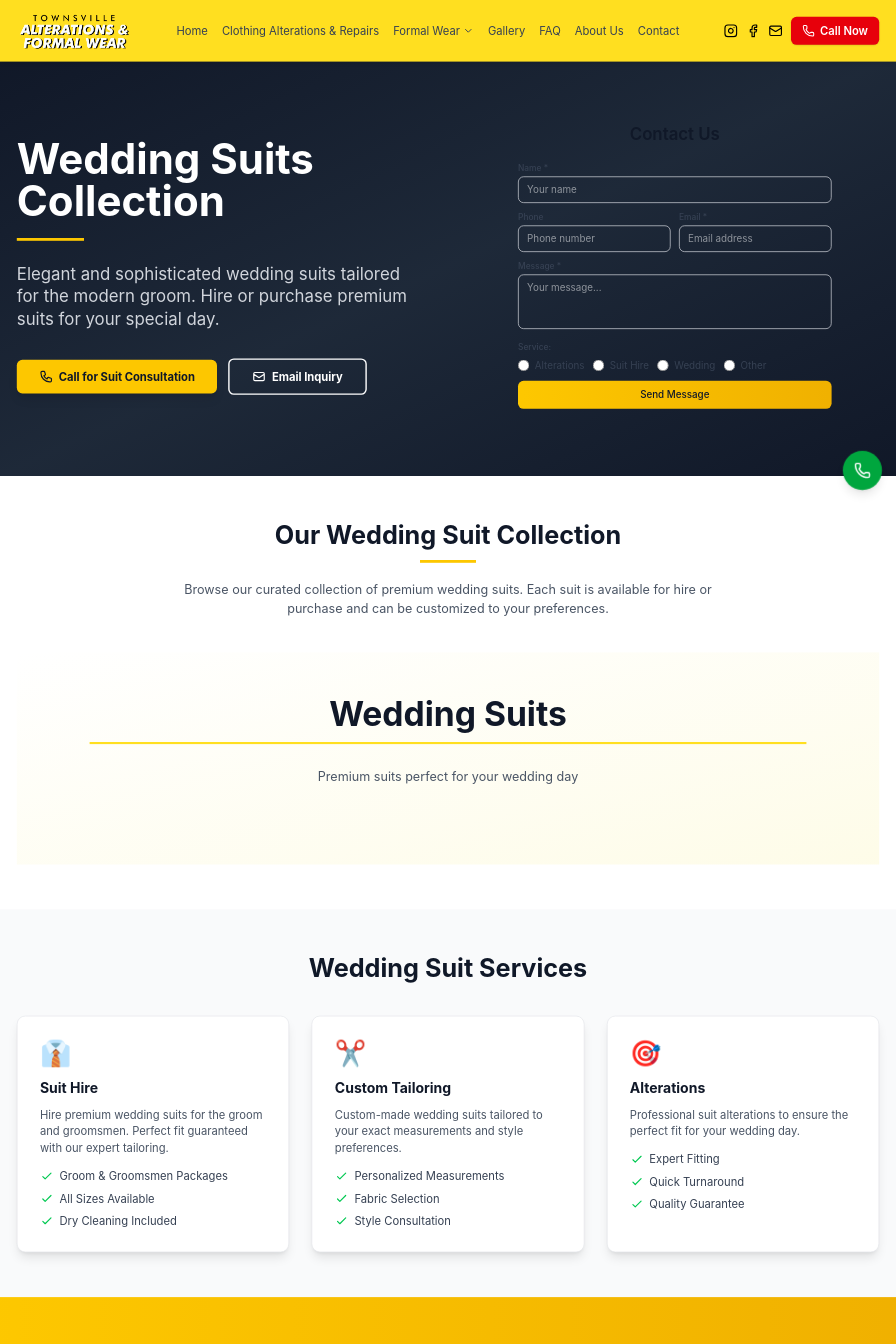
Repository: tarekhasan1/townsville-alteration
Page: /wedding-suits
These files come from the project's save history. The page is drawn as it stood at one moment and after the next save; the edit follows.
The browser window is 1280 px wide. The pictures show the part of the page from y = 0 to 1920 px (the page is 2715 px tall), at 70% of full size.
The page's requests for data from a server got no answer. The project was rebuilt for these pictures with package versions that can differ from the ones it lists, and the page was loaded fresh each time. The framework's server and built-in components were replaced by stand-ins that run in the browser. No one was signed in, and anything a server would have sent is missing. Also part of the build but not shown: next.config.ts.

Above is the page before, as saved 2026-01-31 15:11:31.

### src/app/layout.tsx
import type { Metadata } from "next";
import Script from "next/script";
import "./globals.css";
import LayoutShell from "@/components/LayoutShell";
import FloatingCallButton from "@/components/FloatingCallButton";
import AnalyticsTracker from "@/components/AnalyticsTracker";

export const metadata: Metadata = {
  title: "Townsville Alterations and Formal Wear | Tailoring, Suit Hire, Alterations",
  description:
    "Townsville Alterations and Formal Wear - Reinvent Your Wardrobe. Hire or tailor-make outfits that turn heads. Expert suit hire, bridal alterations, and tailoring in Townsville.",
  keywords:
    "Townsville Tailoring, Formal Wear Townsville, Suit Hire, Alterations, Wedding Dress Alterations, Custom Tailoring",
  authors: [{ name: "Townsville Alterations & Formal Wear" }],
  creator: "Townsville Alterations & Formal Wear",
  publisher: "Townsville Alterations & Formal Wear",
  robots: "index, follow",
  icons: "/logo.png",
};

export default function RootLayout({
  children,
}: {
  children: React.ReactNode;
}) {
  return (
    <html lang="en">
      <head>
        {/* Google Tag Manager */}
        <Script
          id="gtm-script"
          strategy="afterInteractive"
          dangerouslySetInnerHTML={{
            __html: `
              (function(w,d,s,l,i){w[l]=w[l]||[];
              w[l].push({'gtm.start': new Date().getTime(),event:'gtm.js'});
              var f=d.getElementsByTagName(s)[0],
              j=d.createElement(s),dl=l!='dataLayer'?'&l='+l:'';
              j.async=true;j.src=
              'https://www.googletagmanager.com/gtm.js?id='+i+dl;
              f.parentNode.insertBefore(j,f);
              })(window,document,'script','dataLayer','GTM-WH7KD8GK');
            `,
          }}
        />
        {/* End Google Tag Manager */}
      </head>

      <body>
        {/* Google Tag Manager (noscript) */}
        <noscript>
          <iframe
            src="https://www.googletagmanager.com/ns.html?id=GTM-WH7KD8GK"
            height="0"
            width="0"
            style={{ display: "none", visibility: "hidden" }}
          />
        </noscript>
        {/* End Google Tag Manager (noscript) */}
        <AnalyticsTracker />

        <LayoutShell>{children}</LayoutShell>

        {/* Global Floating Call Button */}
        <FloatingCallButton />
      </body>
    </html>
  );
}

### src/app/wedding-suits/page.tsx
// app/wedding-suits/page.tsx
import { Metadata } from 'next';
import ImageGallery from '@/components/ImageGallery';
import ContactForm from '@/components/ContactForm'; // Import the form

export const metadata: Metadata = {
  title: 'Wedding Suits Collection | Townsville Alterations & Formal Wear',
  description: 'Browse our premium wedding suit collection for hire and purchase in Townsville. Perfectly tailored suits for grooms, groomsmen, and wedding parties.',
  keywords: ['wedding suits', 'groom suits', 'groomsmen suits', 'wedding attire', 'formal suits Townsville', 'wedding suit hire', 'custom wedding suits'],
  openGraph: {
    title: 'Wedding Suits Collection | Townsville Alterations & Formal Wear',
    description: 'Premium wedding suits for hire and purchase. Perfectly tailored for your special day.',
    type: 'website',
    locale: 'en_AU',
  },
  alternates: {
    canonical: 'https://townsvillealterationsformalwear.com/wedding-suits',
  },
  robots: {
    index: true,
    follow: true,
    googleBot: {
      index: true,
      follow: true,
      'max-video-preview': -1,
      'max-image-preview': 'large',
      'max-snippet': -1,
    },
  },
};

export default function WeddingSuitsPage() {
  return (
    <main className='pt-[80px]'>
      {/* Hero Section - FIXED: Removed horizontal space */}
      <section className="relative bg-gradient-to-br from-gray-900 via-gray-800 to-gray-900 text-white py-16 md:py-24 w-full">
        {/* Remove mx-auto and add w-full to ensure full width */}
        <div className="w-full px-6">
          <div className="max-w-7xl mx-auto">
            <div className="flex flex-col lg:flex-row gap-10 lg:gap-16 items-center">
              {/* Left Column */}
              <div className="lg:w-1/2">
                <div className="text-center lg:text-left">
                  <h1 className="text-4xl md:text-5xl lg:text-6xl font-bold mb-6">
                    Wedding Suits Collection
                  </h1>
                  <div className="w-24 h-1 bg-yellow-400 lg:mx-0 mb-8 mx-auto"></div>
                  <p className="text-xl md:text-2xl text-gray-300 mb-10">
                    Elegant and sophisticated wedding suits tailored for the modern groom.
                    Hire or purchase premium suits for your special day.
                  </p>
                  <div className="flex flex-col sm:flex-row gap-4 items-center justify-center lg:justify-start">
                    <a
                      href="tel:0421929683"
                      className="inline-flex items-center justify-center bg-yellow-400 text-gray-900 hover:bg-yellow-500 font-bold py-3 px-8 rounded-lg transition-all duration-300 shadow-lg hover:shadow-xl transform hover:-translate-y-1"
                    >
                      <svg className="w-5 h-5 mr-2" fill="none" stroke="currentColor" viewBox="0 0 24 24">
                        <path strokeLinecap="round" strokeLinejoin="round" strokeWidth="2" d="M3 5a2 2 0 012-2h3.28a1 1 0 01.948.684l1.498 4.493a1 1 0 01-.502 1.21l-2.257 1.13a11.042 11.042 0 005.516 5.516l1.13-2.257a1 1 0 011.21-.502l4.493 1.498a1 1 0 01.684.949V19a2 2 0 01-2 2h-1C9.716 21 3 14.284 3 6V5z" />
                      </svg>
                      Call for Suit Consultation
                    </a>
                    <a
                      href="mailto:tranglecong2014@gmail.com?subject=Wedding Suit Inquiry"
                      className="inline-flex items-center justify-center bg-transparent border-2 border-white text-white hover:bg-white hover:text-gray-900 font-bold py-3 px-8 rounded-lg transition-all duration-300"
                    >
                      <svg className="w-5 h-5 mr-2" fill="none" stroke="currentColor" viewBox="0 0 24 24">
                        <path strokeLinecap="round" strokeLinejoin="round" strokeWidth="2" d="M3 8l7.89 5.26a2 2 0 002.22 0L21 8M5 19h14a2 2 0 002-2V7a2 2 0 00-2-2H5a2 2 0 00-2 2v10a2 2 0 002 2z" />
                      </svg>
                      Email Inquiry
                    </a>
                  </div>
                </div>
              </div>

              {/* Right Column - Contact Form */}
              <div className="lg:w-1/2">
                <ContactForm />
              </div>
            </div>
          </div>
        </div>
      </section>

      {/* Gallery Section */}
      <section className="py-16 px-6">
        <div className="max-w-7xl mx-auto">
          <div className="text-center mb-12">
            <h2 className="text-3xl md:text-4xl font-bold text-gray-900 mb-4">
              Our Wedding Suit Collection
            </h2>
            <div className="w-20 h-1 bg-yellow-400 mx-auto mb-6"></div>
            <p className="text-lg text-gray-600 max-w-3xl mx-auto">
              Browse our curated collection of premium wedding suits. Each suit is available for hire
              or purchase and can be customized to your preferences.
            </p>
          </div>

          <ImageGallery
            collection="suits"
            title="Wedding Suits"
            description="Premium suits perfect for your wedding day"
            itemsPerPage={9}
            showContactButton={true}
            contactEmail="tranglecong2014@gmail.com"
            contactSubject="Wedding Suit Inquiry"
            buttonText="Inquire About This Suit"
            showCallButton={true}
            phoneNumber="0421929683"
            callButtonText="Call About This Suit"
          />
        </div>
      </section>

      {/* Services Section */}
      <section className="bg-gray-50 py-16 px-6">
        <div className="max-w-7xl mx-auto">
          <h2 className="text-3xl md:text-4xl font-bold text-center text-gray-900 mb-12">
            Wedding Suit Services
          </h2>

          <div className="grid grid-cols-1 md:grid-cols-3 gap-8">
            <div className="bg-white p-8 rounded-xl shadow-lg border border-gray-200">
              <div className="text-yellow-500 text-4xl mb-4">👔</div>
              <h3 className="text-xl font-bold text-gray-900 mb-3">Suit Hire</h3>
              <p className="text-gray-600">
                Hire premium wedding suits for the groom and groomsmen. Perfect fit guaranteed with our expert tailoring.
              </p>
              <ul className="mt-4 space-y-2">
                <li className="flex items-center text-gray-700">
                  <svg className="w-5 h-5 text-green-500 mr-2" fill="none" stroke="currentColor" viewBox="0 0 24 24">
                    <path strokeLinecap="round" strokeLinejoin="round" strokeWidth="2" d="M5 13l4 4L19 7" />
                  </svg>
                  Groom & Groomsmen Packages
                </li>
                <li className="flex items-center text-gray-700">
                  <svg className="w-5 h-5 text-green-500 mr-2" fill="none" stroke="currentColor" viewBox="0 0 24 24">
                    <path strokeLinecap="round" strokeLinejoin="round" strokeWidth="2" d="M5 13l4 4L19 7" />
                  </svg>
                  All Sizes Available
                </li>
                <li className="flex items-center text-gray-700">
                  <svg className="w-5 h-5 text-green-500 mr-2" fill="none" stroke="currentColor" viewBox="0 0 24 24">
                    <path strokeLinecap="round" strokeLinejoin="round" strokeWidth="2" d="M5 13l4 4L19 7" />
                  </svg>
                  Dry Cleaning Included
                </li>
              </ul>
            </div>

            <div className="bg-white p-8 rounded-xl shadow-lg border border-gray-200">
              <div className="text-yellow-500 text-4xl mb-4">✂️</div>
              <h3 className="text-xl font-bold text-gray-900 mb-3">Custom Tailoring</h3>
              <p className="text-gray-600">
                Custom-made wedding suits tailored to your exact measurements and style preferences.
              </p>
              <ul className="mt-4 space-y-2">
                <li className="flex items-center text-gray-700">
                  <svg className="w-5 h-5 text-green-500 mr-2" fill="none" stroke="currentColor" viewBox="0 0 24 24">
                    <path strokeLinecap="round" strokeLinejoin="round" strokeWidth="2" d="M5 13l4 4L19 7" />
                  </svg>
                  Personalized Measurements
                </li>
                <li className="flex items-center text-gray-700">
                  <svg className="w-5 h-5 text-green-500 mr-2" fill="none" stroke="currentColor" viewBox="0 0 24 24">
                    <path strokeLinecap="round" strokeLinejoin="round" strokeWidth="2" d="M5 13l4 4L19 7" />
                  </svg>
                  Fabric Selection
                </li>
                <li className="flex items-center text-gray-700">
                  <svg className="w-5 h-5 text-green-500 mr-2" fill="none" stroke="currentColor" viewBox="0 0 24 24">
                    <path strokeLinecap="round" strokeLinejoin="round" strokeWidth="2" d="M5 13l4 4L19 7" />
                  </svg>
                  Style Consultation
                </li>
              </ul>
            </div>

            <div className="bg-white p-8 rounded-xl shadow-lg border border-gray-200">
              <div className="text-yellow-500 text-4xl mb-4">🎯</div>
              <h3 className="text-xl font-bold text-gray-900 mb-3">Alterations</h3>
              <p className="text-gray-600">
                Professional suit alterations to ensure the perfect fit for your wedding day.
              </p>
              <ul className="mt-4 space-y-2">
                <li className="flex items-center text-gray-700">
                  <svg className="w-5 h-5 text-green-500 mr-2" fill="none" stroke="currentColor" viewBox="0 0 24 24">
                    <path strokeLinecap="round" strokeLinejoin="round" strokeWidth="2" d="M5 13l4 4L19 7" />
                  </svg>
                  Expert Fitting
                </li>
                <li className="flex items-center text-gray-700">
                  <svg className="w-5 h-5 text-green-500 mr-2" fill="none" stroke="currentColor" viewBox="0 0 24 24">
                    <path strokeLinecap="round" strokeLinejoin="round" strokeWidth="2" d="M5 13l4 4L19 7" />
                  </svg>
                  Quick Turnaround
                </li>
                <li className="flex items-center text-gray-700">
                  <svg className="w-5 h-5 text-green-500 mr-2" fill="none" stroke="currentColor" viewBox="0 0 24 24">
                    <path strokeLinecap="round" strokeLinejoin="round" strokeWidth="2" d="M5 13l4 4L19 7" />
                  </svg>
                  Quality Guarantee
                </li>
              </ul>
            </div>
          </div>
        </div>
      </section>

      {/* CTA Section */}
      <section className="bg-gradient-to-r from-yellow-400 to-yellow-500 py-16 px-6">
        <div className="max-w-4xl mx-auto text-center">
          <h2 className="text-3xl md:text-4xl font-bold text-gray-900 mb-6">
            Ready to Find Your Perfect Wedding Suit?
          </h2>
          <p className="text-lg md:text-xl text-gray-800 mb-8">
            Contact us today for a consultation. Let&apos;s create the perfect look for your special day.
          </p>
          <div className="flex flex-col sm:flex-row gap-4 justify-center">
            <a
              href="tel:0421929683"
              className="inline-flex items-center justify-center bg-gray-900 text-white hover:bg-gray-800 font-bold py-3 px-8 rounded-lg transition-all duration-300 shadow-lg hover:shadow-xl"
            >
              <svg className="w-5 h-5 mr-2" fill="none" stroke="currentColor" viewBox="0 0 24 24">
                <path strokeLinecap="round" strokeLinejoin="round" strokeWidth="2" d="M3 5a2 2 0 012-2h3.28a1 1 0 01.948.684l1.498 4.493a1 1 0 01-.502 1.21l-2.257 1.13a11.042 11.042 0 005.516 5.516l1.13-2.257a1 1 0 011.21-.502l4.493 1.498a1 1 0 01.684.949V19a2 2 0 01-2 2h-1C9.716 21 3 14.284 3 6V5z" />
              </svg>
              Call 0421 929 683
            </a>
            <a
              href="/contact"
              className="inline-flex items-center justify-center bg-white text-gray-900 hover:bg-gray-100 font-bold py-3 px-8 rounded-lg transition-all duration-300 shadow-lg hover:shadow-xl border border-gray-300"
            >
              Book a Consultation
            </a>
          </div>
        </div>
      </section>
    </main>
  );
}

### src/app/globals.css
@import "tailwindcss";

:root {
  --background: #ffffff;
  --foreground: #171717;
}

body {
  font-family: 'Inter', sans-serif;
  margin: 0;
  padding: 0;
}

### src/components/LayoutShell.tsx
// components/LayoutShell.tsx
'use client';

import { usePathname } from 'next/navigation';
import Navbar from '@/components/Navbar';
import ContactSection from '@/components/ContactSection';
import DevelopedBy from '@/components/DevelopedBy';

export default function LayoutShell({ children }: { children: React.ReactNode }) {
  const pathname = usePathname();
  const isAdminRoute = pathname.startsWith('/admin');

  return (
    <>
      {!isAdminRoute && <Navbar />}
      {children}
      {!isAdminRoute && (
        <>
          <ContactSection />
          <DevelopedBy />
        </>
      )}
    </>
  );
}

### src/components/FloatingCallButton.tsx
'use client';

import { Phone } from 'lucide-react';

export default function FloatingCallButton() {
  return (
    <a
      href="tel:0421929683" // <-- replace with real number
      aria-label="Call us now"
      className="
        fixed
        bottom-5
        right-5
        z-50
        flex
        items-center
        justify-center
        w-14
        h-14
        rounded-full
        bg-green-600
        text-white
        shadow-lg
        hover:bg-green-700
        active:scale-95
        transition
      "
    >
      <Phone className="w-6 h-6" />
    </a>
  );
}

### src/components/AnalyticsTracker.tsx
/* eslint-disable @typescript-eslint/no-explicit-any */
"use client";

import { usePathname } from "next/navigation";
import { useEffect } from "react";

declare global {
  interface Window {
    dataLayer: any[];
  }
}

export default function AnalyticsTracker() {
  const pathname = usePathname();

  useEffect(() => {
    if (typeof window === "undefined") return;
    if (!window.dataLayer) return;

    window.dataLayer.push({
      event: "pageview",
      page_path: pathname,
    });
  }, [pathname]);

  return null;
}

### src/components/DevelopedBy.tsx
// components/DevelopedBy.js

import React from 'react';

const DevelopedBy = () => {
  return (
    <footer className="bg-gray-900 text-white text-center py-4">
      <p className="text-sm">
        Developed by{' '}
        <a
          href="https://digitalcowboy.com.au"
          className="text-yellow-400 hover:underline"
          target="_blank"
          rel="noopener noreferrer"
        >
          DigitalCowboy
        </a>
      </p>
    </footer>
  );
};

export default DevelopedBy;

### src/firebase/config.ts
// Import the functions you need from the SDKs you need
import { initializeApp } from "firebase/app";
import { getFirestore } from 'firebase/firestore';
import { getStorage } from 'firebase/storage';
// TODO: Add SDKs for Firebase products that you want to use
// https://firebase.google.com/docs/web/setup#available-libraries

// Your web app's Firebase configuration
const firebaseConfig = {
  apiKey: process.env.NEXT_PUBLIC_FIREBASE_API_KEY,
  authDomain: process.env.NEXT_PUBLIC_FIREBASE_AUTH_DOMAIN,
  projectId: process.env.NEXT_PUBLIC_FIREBASE_PROJECT_ID,
  storageBucket: process.env.NEXT_PUBLIC_FIREBASE_STORAGE_BUCKET,
  messagingSenderId: process.env.NEXT_PUBLIC_FIREBASE_MESSAGING_SENDER_ID,
  appId: process.env.NEXT_PUBLIC_FIREBASE_APP_ID
};

// Initialize Firebase
const app = initializeApp(firebaseConfig);
export const db = getFirestore(app);
export const storage = getStorage(app);

Loaded but not shown: src/components/ContactForm.tsx (255 lines, source omitted); src/components/Navbar.tsx (201 lines, source omitted); src/components/ImageGallery.tsx (227 lines, source omitted); actions/contact.action.ts (335 lines, source omitted); src/components/ContactSection.tsx (79 lines, source omitted); actions/client.action.ts (83 lines, source omitted)

After the next save:
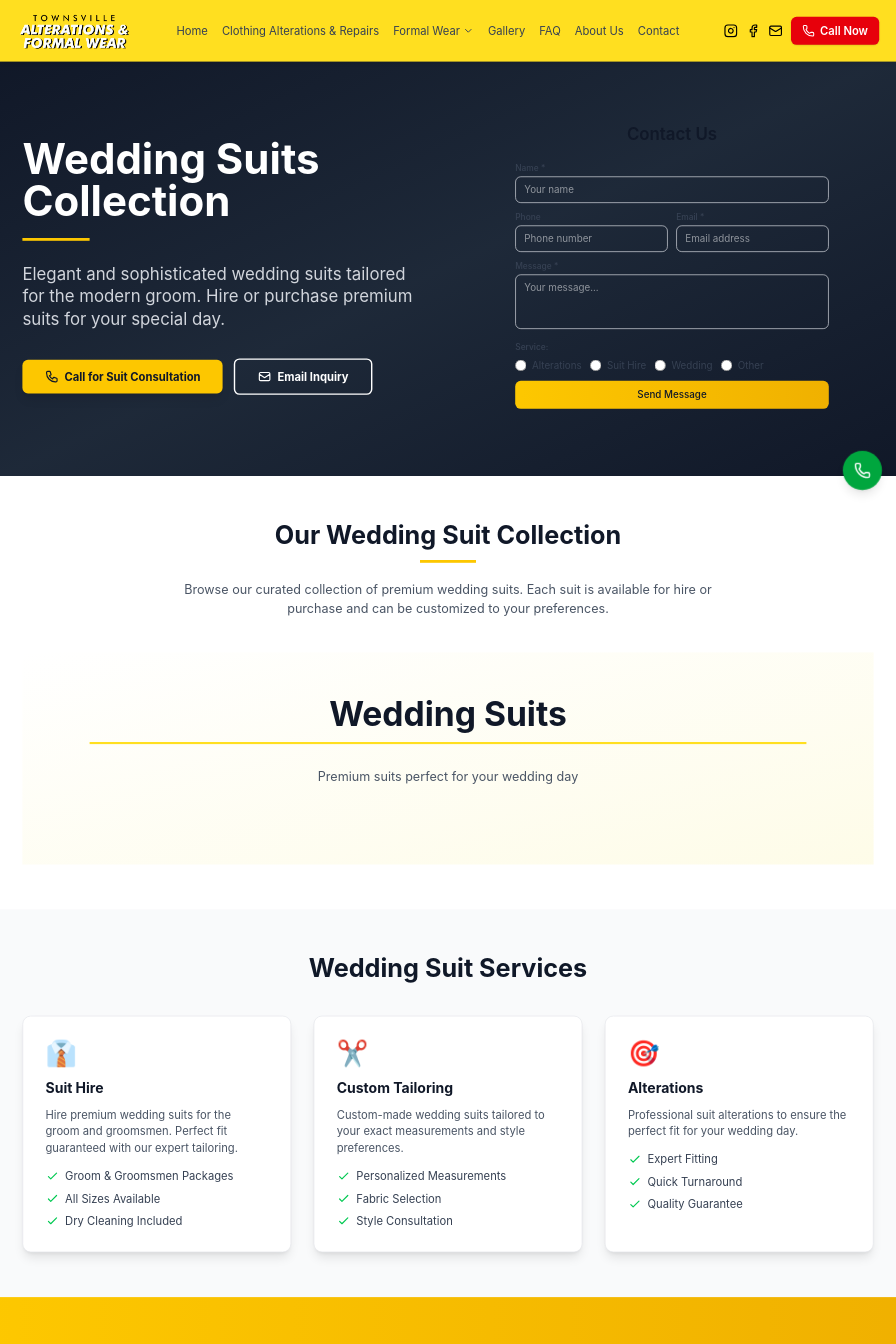
Saved 20 min 7 s later.
--- a/src/app/wedding-suits/page.tsx
+++ b/src/app/wedding-suits/page.tsx
@@ -1,7 +1,7 @@
 // app/wedding-suits/page.tsx
 import { Metadata } from 'next';
 import ImageGallery from '@/components/ImageGallery';
-import ContactForm from '@/components/ContactForm'; // Import the form
+import ContactForm from '@/components/ContactForm';
 
 export const metadata: Metadata = {
   title: 'Wedding Suits Collection | Townsville Alterations & Formal Wear',
@@ -32,11 +32,10 @@ export const metadata: Metadata = {
 export default function WeddingSuitsPage() {
   return (
     <main className='pt-[80px]'>
-      {/* Hero Section - FIXED: Removed horizontal space */}
-      <section className="relative bg-gradient-to-br from-gray-900 via-gray-800 to-gray-900 text-white py-16 md:py-24 w-full">
-        {/* Remove mx-auto and add w-full to ensure full width */}
-        <div className="w-full px-6">
-          <div className="max-w-7xl mx-auto">
+      {/* Hero Section - FIXED: Full width blue background */}
+      <section className="relative bg-gradient-to-br from-gray-900 via-gray-800 to-gray-900 text-white py-16 md:py-24 w-full overflow-hidden">
+        <div className="w-full">
+          <div className="max-w-7xl mx-auto px-4 sm:px-6 lg:px-8">
             <div className="flex flex-col lg:flex-row gap-10 lg:gap-16 items-center">
               {/* Left Column */}
               <div className="lg:w-1/2">
@@ -82,7 +81,7 @@ export default function WeddingSuitsPage() {
       </section>
 
       {/* Gallery Section */}
-      <section className="py-16 px-6">
+      <section className="py-16 px-4 sm:px-6 lg:px-8">
         <div className="max-w-7xl mx-auto">
           <div className="text-center mb-12">
             <h2 className="text-3xl md:text-4xl font-bold text-gray-900 mb-4">
@@ -112,7 +111,7 @@ export default function WeddingSuitsPage() {
       </section>
 
       {/* Services Section */}
-      <section className="bg-gray-50 py-16 px-6">
+      <section className="bg-gray-50 py-16 px-4 sm:px-6 lg:px-8">
         <div className="max-w-7xl mx-auto">
           <h2 className="text-3xl md:text-4xl font-bold text-center text-gray-900 mb-12">
             Wedding Suit Services
@@ -207,7 +206,7 @@ export default function WeddingSuitsPage() {
       </section>
 
       {/* CTA Section */}
-      <section className="bg-gradient-to-r from-yellow-400 to-yellow-500 py-16 px-6">
+      <section className="bg-gradient-to-r from-yellow-400 to-yellow-500 py-16 px-4 sm:px-6 lg:px-8">
         <div className="max-w-4xl mx-auto text-center">
           <h2 className="text-3xl md:text-4xl font-bold text-gray-900 mb-6">
             Ready to Find Your Perfect Wedding Suit?
